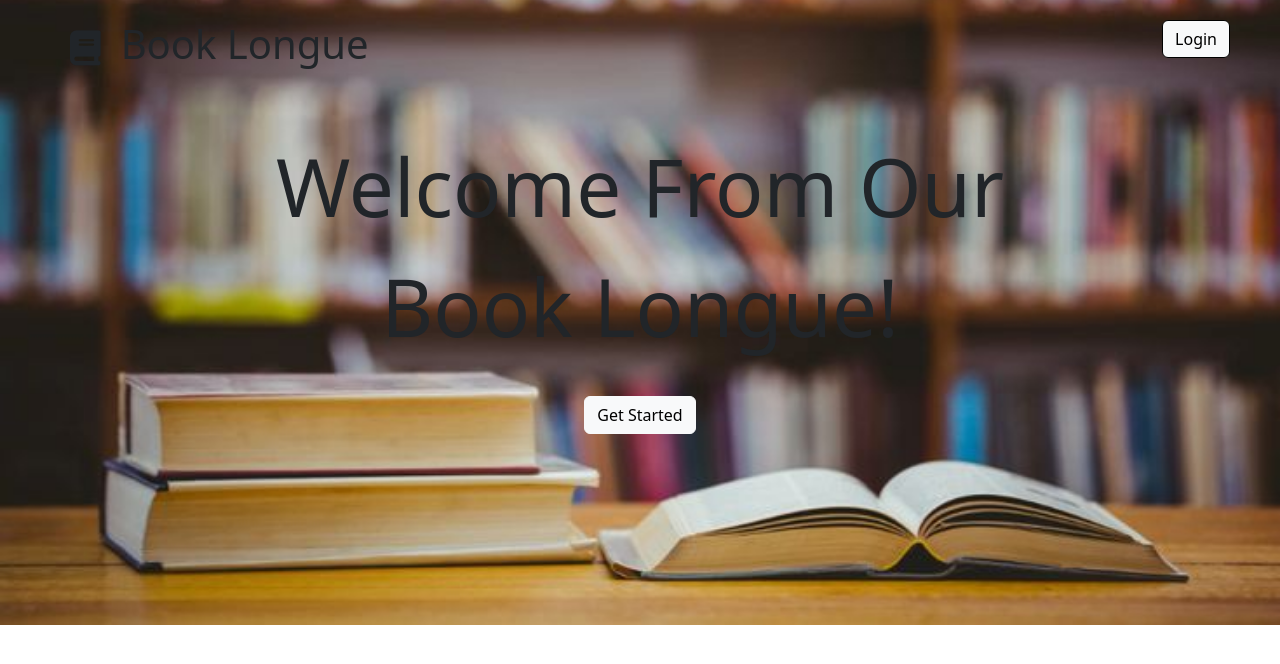
Repository: moehaymanmyint/Book-Longue-Web-System
Page: pages /GetStarted.html
An editor plug-in stored every save of this project. The page is shown before and after the next save, followed by the edit.
The browser window is 1280 px wide. The pictures show the whole page.

Above is the page before, as saved 2024-12-21 20:24:13.

After the next save:
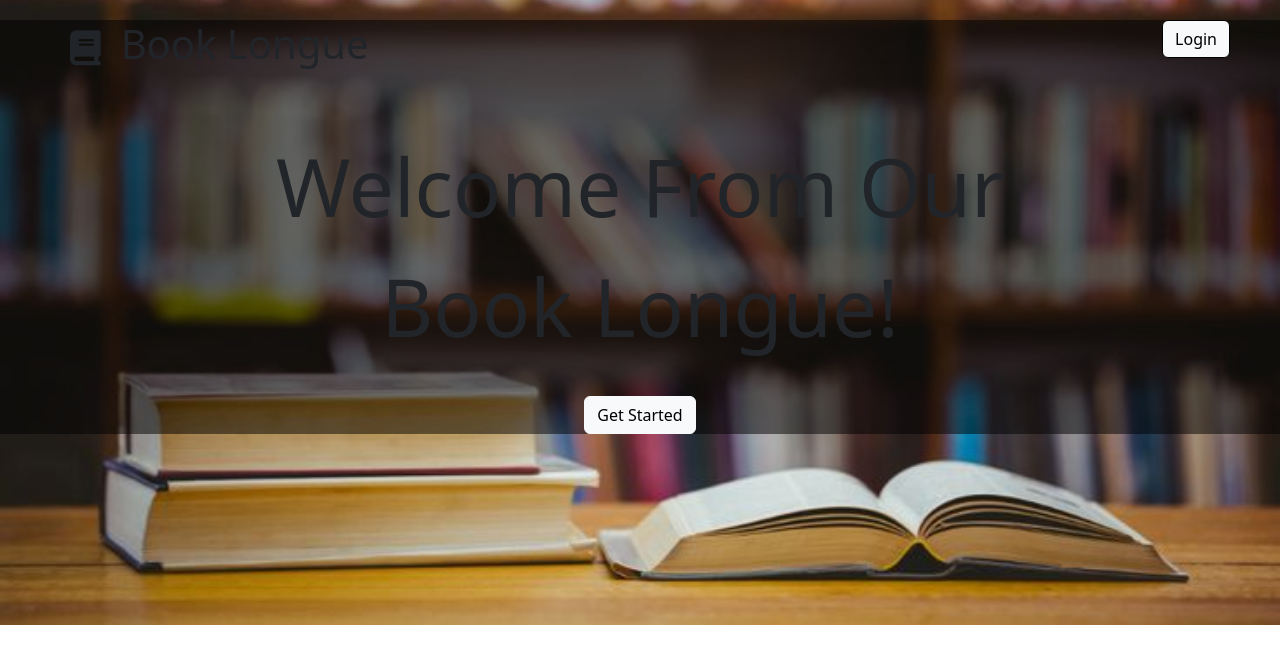
Saved 50 s later.
--- a/style/GetStarted.css
+++ b/style/GetStarted.css
@@ -5,6 +5,18 @@
     background-position: center;
     position: relative;
 }
+
+body::before {
+    content: '';
+    position: absolute;
+    top: 0;
+    left: 0;
+    width: 100%;
+    height: 100%;
+    background: rgba(0, 0, 0, 0.5); /* Black overlay with 50% opacity */
+    z-index: -1; /* Places the overlay below content */
+}
+
 .content{
     display: flex;
     flex-direction: column;

After the 2 saves that followed:
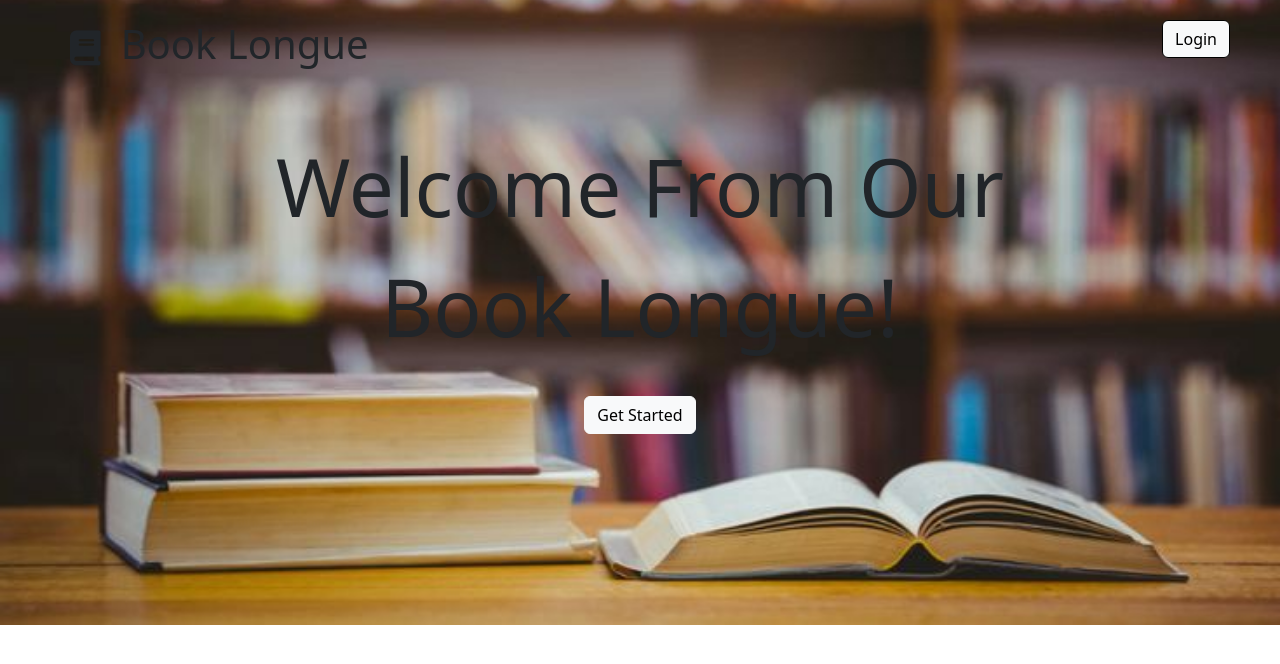
The 2 saves are shown as one change because 1 left the picture as it was.
The last was saved 43 s later.
--- a/style/GetStarted.css
+++ b/style/GetStarted.css
@@ -3,18 +3,6 @@
     background-size: cover;
     background-repeat: no-repeat;
     background-position: center;
-    position: relative;
-}
-
-body::before {
-    content: '';
-    position: absolute;
-    top: 0;
-    left: 0;
-    width: 100%;
-    height: 100%;
-    background: rgba(0, 0, 0, 0.5); /* Black overlay with 50% opacity */
-    z-index: -1; /* Places the overlay below content */
 }
 
 .content{
